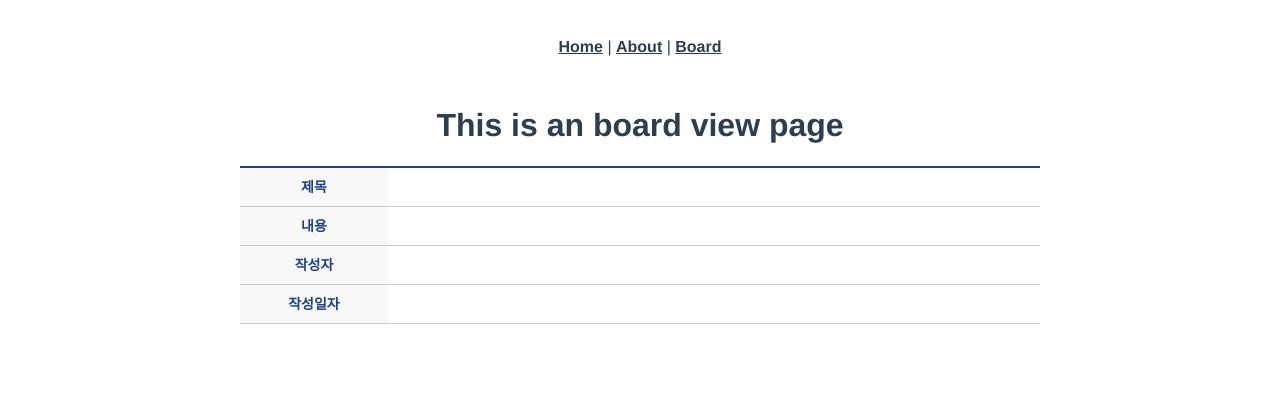
Repository: Nohyunjin/vuesomething
Page: /boardview (app in testvue/)
The author's editor kept a copy of each file at every save. The page is drawn from the files as they stood at one save, then again after the next save.
The browser window is 1280 px wide. The pictures show the whole page.
The page's requests for data from a server got no answer. The project was rebuilt for these pictures with package versions that can differ from the ones it lists, and the page was loaded fresh each time. No one was signed in, and anything a server would have sent is missing. Also part of the build but not shown: testvue/vue.config.js, testvue/src/components/HelloWorld.vue, testvue/src/views/HomeView.vue.

Above is the page before, as saved 2022-05-03 11:02:06.

### testvue/src/main.js
import { createApp } from 'vue'
import App from './App.vue'
import router from './router'
import axios from 'axios'

const app = createApp(App).use(router)
app.config.globalProperties.axios = axios
app.mount('#app')

### testvue/src/App.vue
<template>
  <nav>
    <router-link to="/">Home</router-link> |
    <router-link to="/about">About</router-link> |
    <router-link to="/board">Board</router-link>
  </nav>
  <router-view/>
</template>

<style>
#app {
  font-family: Avenir, Helvetica, Arial, sans-serif;
  -webkit-font-smoothing: antialiased;
  -moz-osx-font-smoothing: grayscale;
  text-align: center;
  color: #2c3e50;
}

nav {
  padding: 30px;
}

nav a {
  font-weight: bold;
  color: #2c3e50;
}

nav a.router-link-exact-active {
  color: #42b983;
}
</style>

### testvue/src/router/index.js
import { createRouter, createWebHistory } from 'vue-router'
import HomeView from '../views/HomeView.vue'

const routes = [
  {
    path: '/',
    name: 'home',
    component: HomeView
  },
  {
    path: '/about',
    name: 'About',
    // route level code-splitting
    // this generates a separate chunk (about.[hash].js) for this route
    // which is lazy-loaded when the route is visited.
    component: () => import(/* webpackChunkName: "about" */ '../views/AboutView.vue')
  },
  {
    path: '/board',
    name: 'BoardList',
    component: () => import('@/views/BoardList.vue')
  },
  {
    path: '/boardview',
    name: 'BoardView',
    component: () => import('@/views/BoardView.vue')
  }
]

const router = createRouter({
  history: createWebHistory(process.env.BASE_URL),
  routes
})

export default router

### testvue/src/views/BoardView.vue
<template>
  <div class="board">
		<h1>This is an board view page</h1>
    <table>
			<colgroup>
				<col style="width:18.5%">
				<col style="width:">
			</colgroup>
			<tbody>
				<tr>
					<th scope="row">제목</th>
					<td class="title">{{boardItem.subject}}</td>
				</tr>
				<tr>
					<th scope="row">내용</th>
					<td>{{boardItem.content}}</td>
				</tr>
				<tr>
					<th scope="row">작성자</th>
					<td>{{boardItem.writer}}</td>
				</tr>
				<tr>
					<th scope="row">작성일자</th>
					<td>{{boardItem.writedate}}</td>
				</tr>
			</tbody>
		</table>
	</div>
</template>

<script>
export default {
  name:'BoardView',
  data() {
    return {
      boardItem : {}
    }
  },
  methods : {
    getBoardRead() {
      this.axios.get("http://localhost:9000/boards/" + this.$route.query.boardNo).then((res)=>{
        console.log(res);
        this.boardItem = res.data.data;
      }).catch((err) => {
        console.log(err);
      });
    },
    boardListClick() {
      this.$router.router.go(-1);
    }
  },
  mounted() {
    this.getBoardRead()
  },
}
</script>

<style scoped>
.board {
  width:800px;
  margin: 20px auto;
}
.board table {
  width:100%;
  border-top:2px solid #1d4281; border-spacing:0;
}
.board table th {
  padding:8px 10px 10px 10px;
  vertical-align:middle;
  color:#1d4281;
  font-size:14px;
  border-bottom:1px solid #ccc;
  background:#f8f8f8;
}
.board table td {
  padding:7px 20px 9px 20px;
  text-align:left;
  vertical-align:middle;
  border-bottom:1px solid #ccc;
  font-size:14px;
  line-heighT:150%;
}
.board table td.title {
  font-weight: bold; }
</style>

Loaded but not shown: testvue/public/index.html (common file)

After the next save:
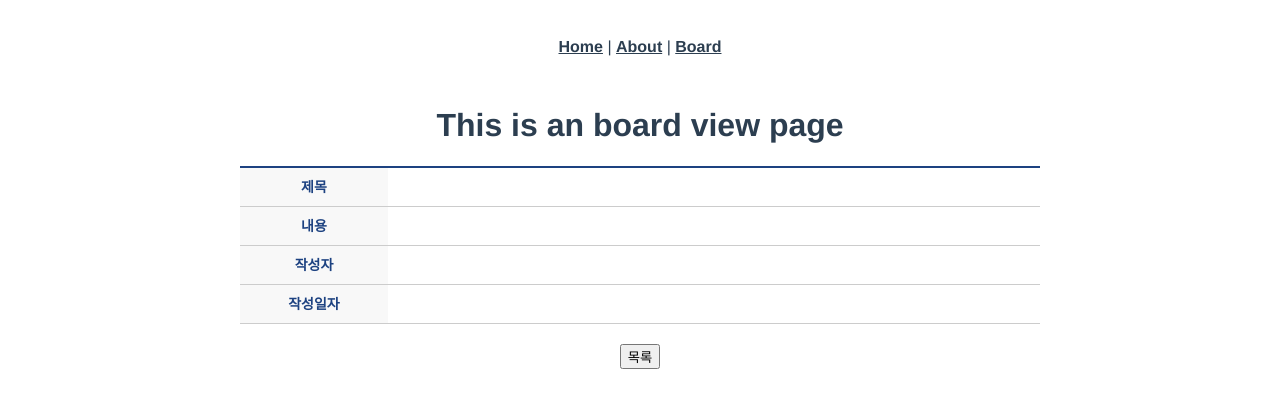
Saved 57 s later.
--- a/testvue/src/views/BoardView.vue
+++ b/testvue/src/views/BoardView.vue
@@ -26,6 +26,11 @@
 			</tbody>
 		</table>
 	</div>
+  <div class="buttons">
+	  <div class="right">
+<button class="button" @click="boardListClick">목록</button>
+	</div>
+</div>
 </template>
 
 <script>
